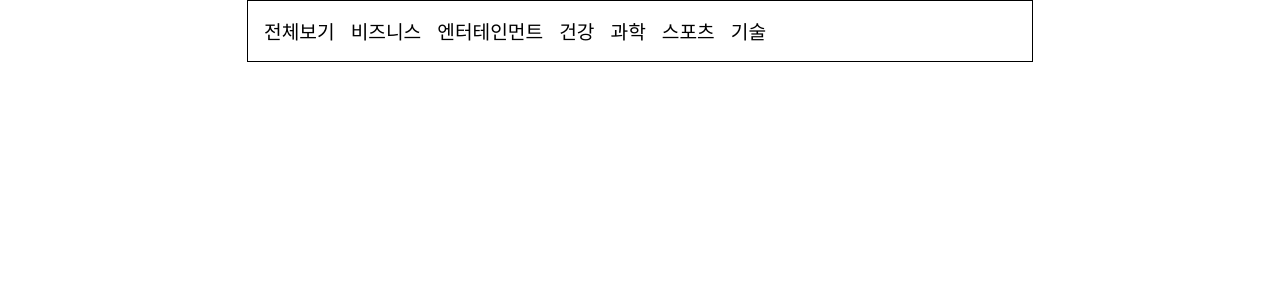
Repository: parkhyeonki/news-viewer
Page: /
These files come from the project's save history. The page is drawn as it stood at one moment and after the next save; the edit follows.
The browser window is 1280 px wide. The pictures show the whole page.
The page's requests for data from a server got no answer. The project was rebuilt for these pictures with package versions that can differ from the ones it lists, and the page was loaded fresh each time. No one was signed in, and anything a server would have sent is missing. Also part of the build but not shown: src/App.css, src/components/NewsItem/NewsItem.js.

Above is the page before, as saved 2022-05-19 15:50:18.

### src/App.js
import './App.css';
import Categories from './components/Categories/Categories';
import NewsList from './components/NewsList/NewsList';

function App() {
  return (
    <>
      <Categories />
      <NewsList />
    </>
  );
}

export default App;

### src/components/Categories/Categories.js
import React from 'react';
import styled from 'styled-components';
const categories = [
  {
    name: 'all',
    text: '전체보기',
  },
  {
    name: 'business',
    text: '비즈니스',
  },
  {
    name: 'entertainment',
    text: '엔터테인먼트',
  },
  {
    name: 'health',
    text: '건강',
  },
  {
    name: 'science',
    text: '과학',
  },
  {
    name: 'sports',
    text: '스포츠',
  },
  {
    name: 'technology',
    text: '기술',
  },
];

const CategoriesBlock = styled.div`
  display: flex;
  border: 1px solid black;
  width: 768px;
  margin: 0 auto;
  padding: 0.5rem;
  font-size: 1.2rem;
`;

const Category = styled.div`
  padding: 0.5rem;
`;

const Categories = () => {
  return (
    <CategoriesBlock>
      {categories.map((category) => (
        <Category key={category.name}>{category.text}</Category>
      ))}
    </CategoriesBlock>
  );
};

export default Categories;

### src/components/NewsList/NewsList.js
import axios from 'axios';
import React, { useEffect, useState } from 'react';
import styled from 'styled-components';
import NewsItem from '../NewsItem/NewsItem';
const NewsListBlock = styled.div`
  box-sizing: border-box;
  padding-bottom: 3rem;
  width: 768px;
  margin: 0 auto;
  margin-top: 2rem;
  @media screen and (max-width: 768px) {
    width: 100%;
    padding-left: 1rem;
    padding-right: 1rem;
  }
`;
const NewsList = () => {
  const [articles, setArticles] = useState(null);
  const [loading, setLoading] = useState(false);

  useEffect(() => {
    const fetchData = async () => {
      setLoading(true);
      try {
        const response = await axios.get(
          'https://newsapi.org/v2/top-headlines?country=kr&category=business&apiKey=05f1b59ba99c4b2cb7579cb88e16cfcd',
        );
        setArticles(response.data.articles);
      } catch (e) {
        console.log(e);
      }
      setLoading(false);
    };
    fetchData();
  }, []);

  if (loading) {
    return <NewsListBlock>loading...</NewsListBlock>;
  }

  if (!articles) {
    return null;
  }
  return (
    <NewsListBlock>
      {articles.map((article) => (
        <NewsItem key={article.url} article={article} />
      ))}
    </NewsListBlock>
  );
};

export default NewsList;

Loaded but not shown: public/index.html (common file); src/index.js (common file); src/index.css (common file); src/reportWebVitals.js (common file)

After the next save:
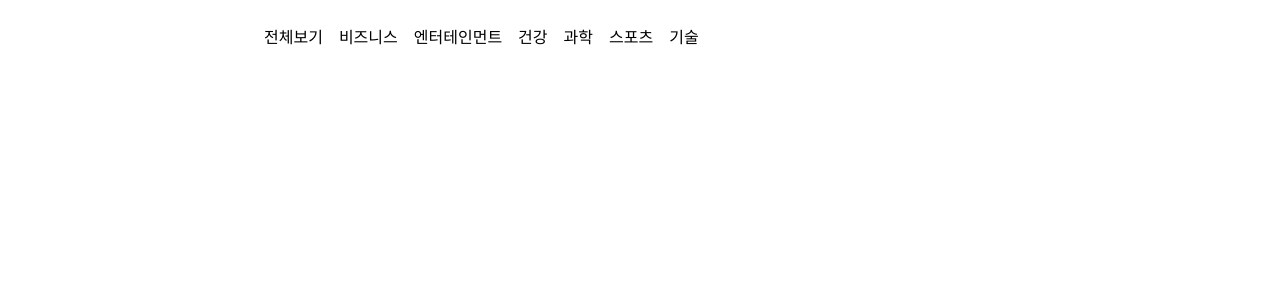
Saved 47 s later.
--- a/src/components/Categories/Categories.js
+++ b/src/components/Categories/Categories.js
@@ -33,11 +33,9 @@ const categories = [
 
 const CategoriesBlock = styled.div`
   display: flex;
-  border: 1px solid black;
   width: 768px;
   margin: 0 auto;
-  padding: 0.5rem;
-  font-size: 1.2rem;
+  padding: 1rem;
 `;
 
 const Category = styled.div`
